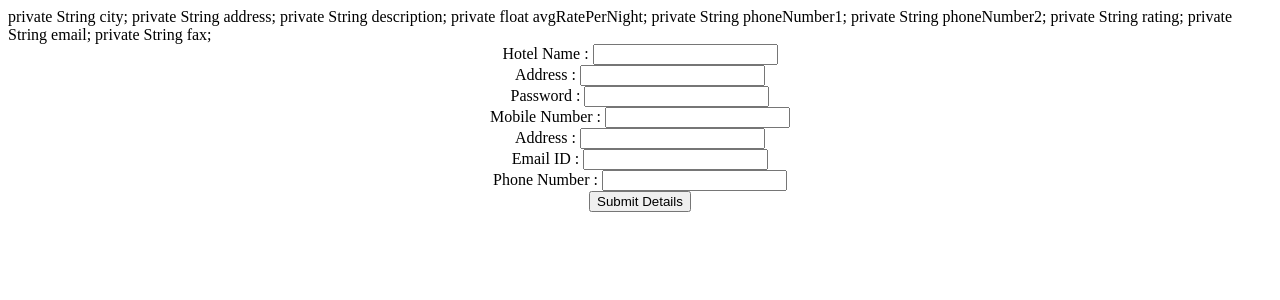
Repository: dishangjain/SpringProject
Page: http://localhost/HotelBookingManagementSystem/JSPs/AddNewHotel.jsp
These files come from the project's save history. The page is drawn as it stood at one moment and after the next save; the edit follows.
The browser window is 1280 px wide. The pictures show the whole page.
The page is served by Tomcat 9. Nobody is signed in. The application's start-up code is not run. Other server files are loaded and not shown. The template is opened directly, without the code that normally fills it, so the values that code supplies are empty.

Above is the page before, as saved 2017-10-14 09:27:24.

### HotelBookingManagementSystem/WebContent/JSPs/AddNewHotel.jsp
<%@ page language="java" contentType="text/html; charset=ISO-8859-1"
    pageEncoding="ISO-8859-1"%>
    <%@ taglib uri="http://www.springframework.org/tags/form" prefix="form"%>
<!DOCTYPE html PUBLIC "-//W3C//DTD HTML 4.01 Transitional//EN" "http://www.w3.org/TR/html4/loose.dtd">
<html>
	<head>
		<meta http-equiv="Content-Type" content="text/html; charset=ISO-8859-1">
		<title>Insert title here</title>
	</head>
	<body>


	private String city;
	private String address;
	private String description;
	private float avgRatePerNight;
	private String phoneNumber1;
	private String phoneNumber2;
	private String rating;
	private String email;
	private String fax;



		<center>
			<form:form method="post" modelAttribute="hotelBean" action="addHotelDetails.do">

	  			<label for="hotelName">Hotel Name :</label>
		  		<form:input path="hotelName" id="hotelName" type="text"/><br/>

		  		<label for="address">Address :</label>
		  		<form:input path="address" id="address" type="text"/><br/>

		  		<label for="password">Password :</label>
		  		<form:input path="password" id="password" type="password"/><br/>

		  		<label for="mobileNumber">Mobile Number :</label>
		  		<form:input path="mobileNumber" id="mobileNumber" type="text"/><br/>

		  		<label for="address">Address :</label>
		  		<form:input path="address" id="address" type="text"/><br/>

		  		<label for="email">Email ID :</label>
		  		<form:input path="email" id="email" type="text"/><br/>

		  		<label for="phoneNumber">Phone Number :</label>
		  		<form:input path="phoneNumber" id="phoneNumber" type="text"/><br/>

		  		<input type="submit" value="Submit Details"/>
			</form:form>
		</center>



	</body>
</html>

After the next save:
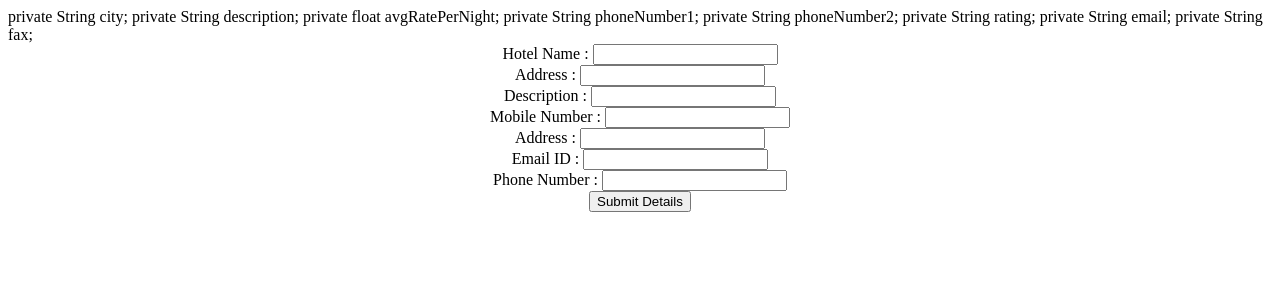
Saved 30 s later.
--- a/HotelBookingManagementSystem/WebContent/JSPs/AddNewHotel.jsp
+++ b/HotelBookingManagementSystem/WebContent/JSPs/AddNewHotel.jsp
@@ -11,7 +11,6 @@
 
 
 	private String city;
-	private String address;
 	private String description;
 	private float avgRatePerNight;
 	private String phoneNumber1;
@@ -31,8 +30,8 @@
 		  		<label for="address">Address :</label>
 		  		<form:input path="address" id="address" type="text"/><br/>
 
-		  		<label for="password">Password :</label>
-		  		<form:input path="password" id="password" type="password"/><br/>
+		  		<label for="description">Description :</label>
+		  		<form:input path="description" id="description" type="text"/><br/>
 
 		  		<label for="mobileNumber">Mobile Number :</label>
 		  		<form:input path="mobileNumber" id="mobileNumber" type="text"/><br/>
